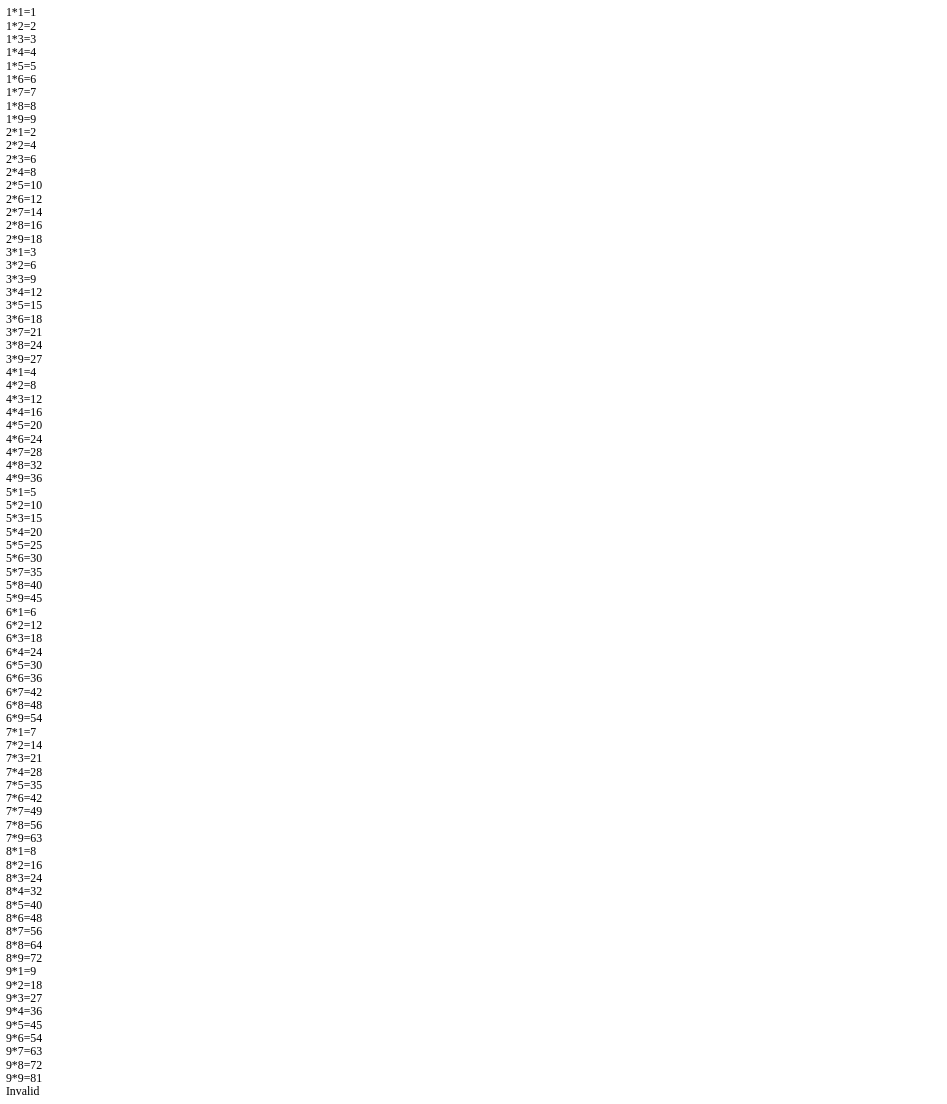
Repository: Park-Dongheon/Servlet-JSP_Training
Page: http://localhost/MissionJSP/Gugudan3.jsp
An editor plug-in stored every save of this project. The page is shown before and after the next save, followed by the edit.
The browser window is 1280 px wide. The pictures show the whole page, at 74% of full size.
The page is served by Tomcat 10.

Above is the page before, as saved 2024-06-11 02:49:27.

After the next save:
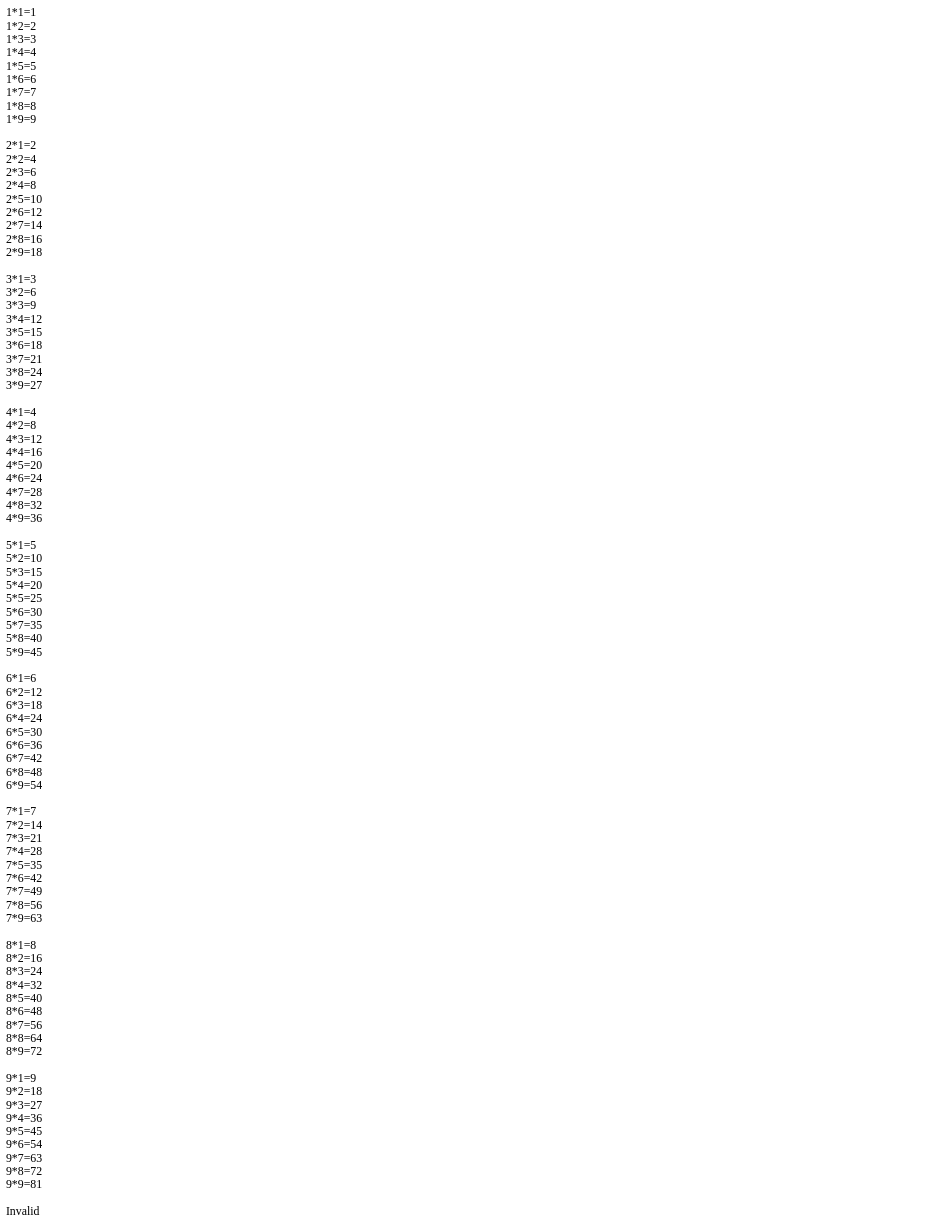
Saved 39 s later.
--- a/MissionJSP/src/main/webapp/Gugudan3.jsp
+++ b/MissionJSP/src/main/webapp/Gugudan3.jsp
@@ -32,6 +32,7 @@ try {
 		for(int j = 1; j <= 9; j++) {
 		out.println(i + "*" + j + "=" + (i * j) + "<br />");
 		}
+		out.println("<br />");
 	}
 %>
 <%= result %>
